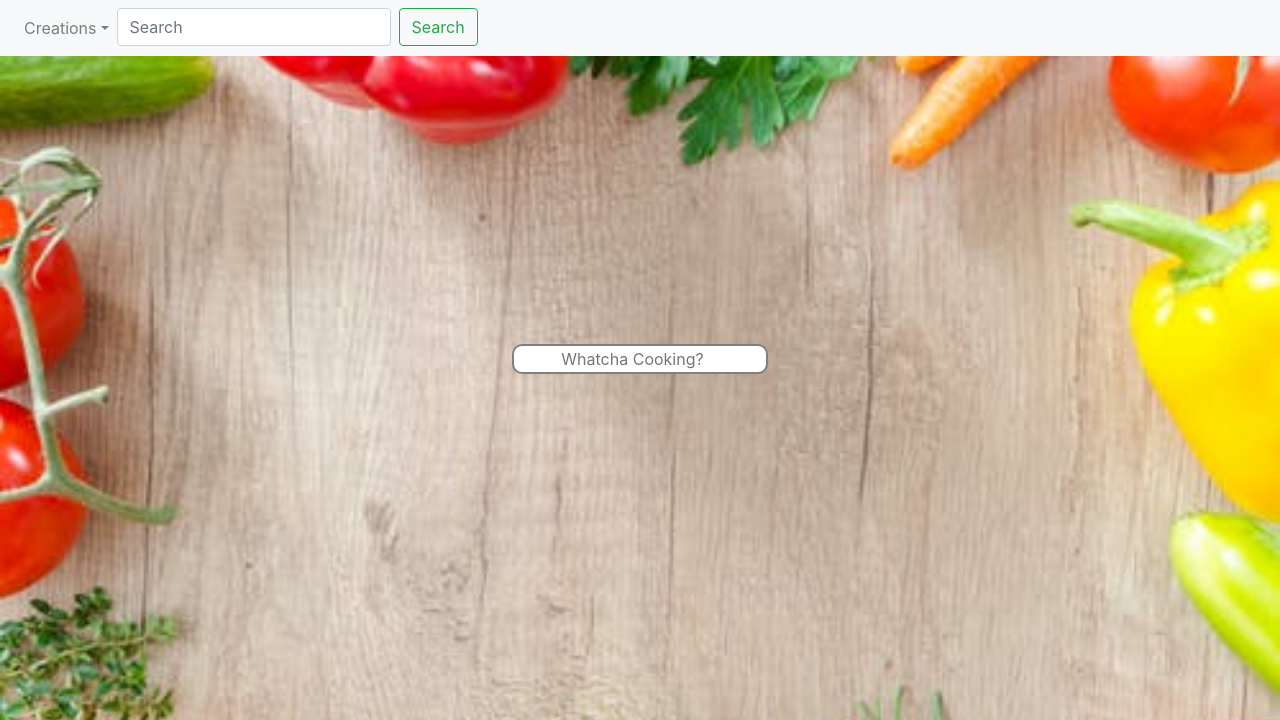
Repository: bandyp/cookBook
Page: index.html
The author's editor kept a record of every edit. The page is drawn from the files as they stood at one moment, then again after the next edit.
The browser window is 1280 px wide. The pictures show the whole page.

Above is the page before.

### index.html
<!doctype html>
<html lang="en">

<head>
    <!-- Required meta tags -->
    <meta charset="utf-8">
    <meta name="viewport" content="width=device-width, initial-scale=1, shrink-to-fit=no">

    <!-- Bootstrap CSS -->
    <link rel="stylesheet" href="https://stackpath.bootstrapcdn.com/bootstrap/4.3.1/css/bootstrap.min.css" integrity="sha384-ggOyR0iXCbMQv3Xipma34MD+dH/1fQ784/j6cY/iJTQUOhcWr7x9JvoRxT2MZw1T" crossorigin="anonymous">
    <link rel="stylesheet" href="static/css/style.css" type="text/css" />
    <title>CookBook</title>
</head>

<body>
    <nav class="navbar navbar-expand-md navbar-light bg-light">
        <button class="navbar-toggler" type="button" data-toggle="collapse" data-target="#navbarSupportedContent" aria-controls="navbarSupportedContent" aria-expanded="false" aria-label="Toggle navigation">
            <span class="navbar-toggler-icon"></span>
            </button>
        <div class="collapse navbar-collapse" id="navbarSupportedContent">
            <ul class="navbar-nav mr-auto">
                <li class="nav-item dropdown">
                    <a class="nav-link dropdown-toggle" href="#" id="navbarDropdown" role="button" data-toggle="dropdown" aria-haspopup="true" aria-expanded="false">Creations</a>
                    <div class="dropdown-menu" aria-labelledby="navbarDropdown">
                        <a class="dropdown-item" href="#">Breakfast</a>
                        <a class="dropdown-item" href="#">Lunch</a>
                        <a class="dropdown-item" href="#">Dinner</a>
                        <a class="dropdown-item" href="#">Starter</a>
                        <a class="dropdown-item" href="#">Dessert</a>
                        <a class="dropdown-item" href="#">Snacks</a>
                        <div class="dropdown-divider"></div>
                        <a class="dropdown-item" href="#">International Favourites</a>
                    </div>
                </li>
                <li>
                    <form class="form-inline my-2 my-lg-0">
                        <input class="form-control mr-sm-2" type="search" placeholder="Search" aria-label="Search">
                        <button class="btn btn-outline-success my-2 my-sm-0" type="submit">Search</button>
                    </form>
                </li>
            </ul>
        </div>




    </nav>
    <div class="box">
        <input type="search" id="search" placeholder="Whatcha Cooking?" />
    </div>
    <script src="https://code.jquery.com/jquery-3.3.1.slim.min.js" integrity="sha384-q8i/X+965DzO0rT7abK41JStQIAqVgRVzpbzo5smXKp4YfRvH+8abtTE1Pi6jizo" crossorigin="anonymous"></script>
    <script src="https://cdnjs.cloudflare.com/ajax/libs/popper.js/1.14.7/umd/popper.min.js" integrity="sha384-UO2eT0CpHqdSJQ6hJty5KVphtPhzWj9WO1clHTMGa3JDZwrnQq4sF86dIHNDz0W1" crossorigin="anonymous"></script>
    <script src="https://stackpath.bootstrapcdn.com/bootstrap/4.3.1/js/bootstrap.min.js" integrity="sha384-JjSmVgyd0p3pXB1rRibZUAYoIIy6OrQ6VrjIEaFf/nJGzIxFDsf4x0xIM+B07jRM" crossorigin="anonymous"></script>
</body>

</html>

### static/css/style.css
body {
    background-image: url("food_background.jpg");
    background-color: green;
    background-repeat: no-repeat;
    background-size: cover;
    height: 100vh;
}

.box {
    width: 100%;
    text-align: center;
}

#search {
    margin: 40vh auto;
    display: inline-block;
    border-radius: 10px;
    border-style: solid;
    border-color: grey;
    text-align: center;
}

.heading {
    text-align: center;
    margin-top: 10vh;
}

After the next edit:
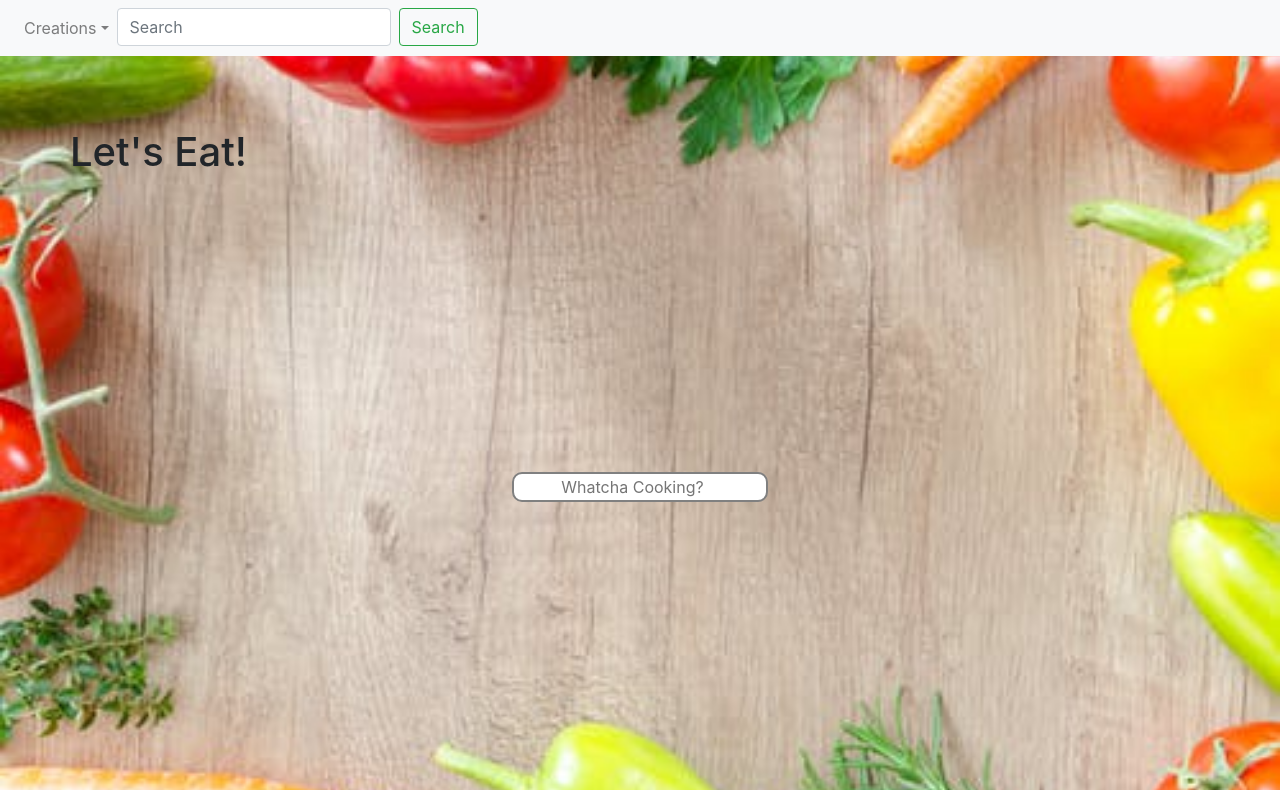
The edit:
--- a/index.html
+++ b/index.html
@@ -40,11 +40,14 @@
                 </li>
             </ul>
         </div>
-
-
-
-
     </nav>
+    <div class="container">
+        <div class="row">
+            <div class="heading">
+                <h1>Let's Eat!</h1>
+            </div>
+        </div>
+    </div>
     <div class="box">
         <input type="search" id="search" placeholder="Whatcha Cooking?" />
     </div>
